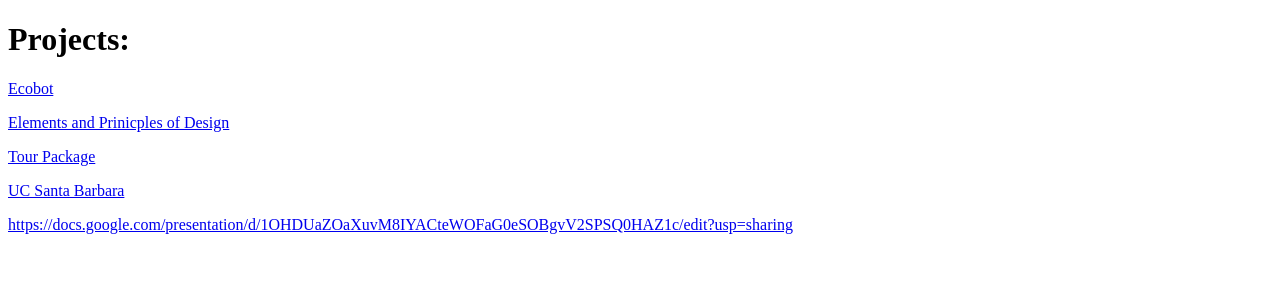
Repository: Isaakwashere/isaakwashere.github.io
Page: Engineering.html
The author's editor kept a record of every edit. The page is drawn from the files as they stood at one moment, then again after the next edit.
The browser window is 1280 px wide. The pictures show the whole page.

Above is the page before.

### Engineering.html
<!DOCTYPE html>
<html>
   <style>
body {

}
</style>


<body>


<h1 style="color:black;">Projects:</h1>
<p><a href="https://docs.google.com/presentation/d/1irt5dnKneLoVGd2yoK8-gBGLSylWtcAEDHAbf8LmWoI/edit?usp=sharing">Ecobot</p>
<p><a href="https://docs.google.com/presentation/d/1wepdQ0bacTV4cJ4aJ8e1kTLoSTlpQWKPpgdMPeGiRps/edit?usp=sharing">Elements and Prinicples of Design</p>
<p><a href="https://docs.google.com/presentation/d/1hZJwYE7jcSohbu5sDGKSBtSTNjA1F23f-AlgqCniRi4/edit?usp=sharing">Tour Package </p>
<p><a href="https://docs.google.com/presentation/d/1pa6ykUnTfcg7uVeFBoxXyy6vjZhlyNfQQ8Yw9LdV1Do/edit?usp=sharing">UC Santa Barbara </p>


</body>
</html>

https://docs.google.com/presentation/d/1OHDUaZOaXuvM8IYACteWOFaG0eSOBgvV2SPSQ0HAZ1c/edit?usp=sharing

After the next edit:
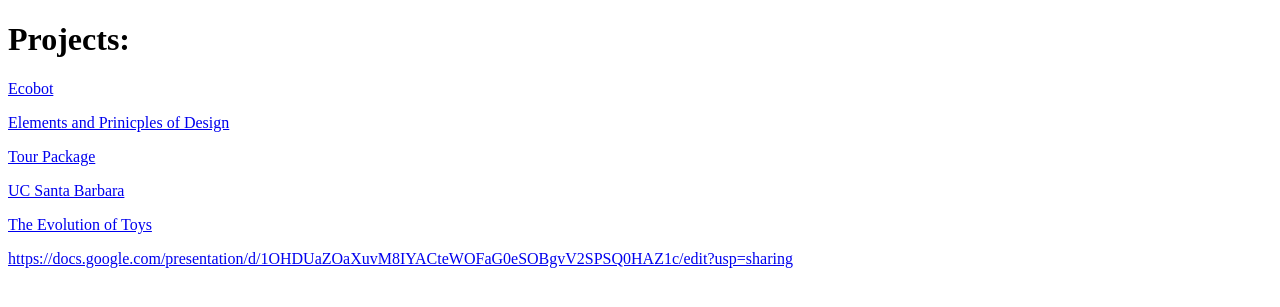
The edit:
--- a/Engineering.html
+++ b/Engineering.html
@@ -15,6 +15,7 @@
 <p><a href="https://docs.google.com/presentation/d/1wepdQ0bacTV4cJ4aJ8e1kTLoSTlpQWKPpgdMPeGiRps/edit?usp=sharing">Elements and Prinicples of Design</p>
 <p><a href="https://docs.google.com/presentation/d/1hZJwYE7jcSohbu5sDGKSBtSTNjA1F23f-AlgqCniRi4/edit?usp=sharing">Tour Package </p>
 <p><a href="https://docs.google.com/presentation/d/1pa6ykUnTfcg7uVeFBoxXyy6vjZhlyNfQQ8Yw9LdV1Do/edit?usp=sharing">UC Santa Barbara </p>
+<p><a href="https://docs.google.com/presentation/d/1OHDUaZOaXuvM8IYACteWOFaG0eSOBgvV2SPSQ0HAZ1c/edit?usp=sharing">The Evolution of Toys </p>
 
 
 </body>
